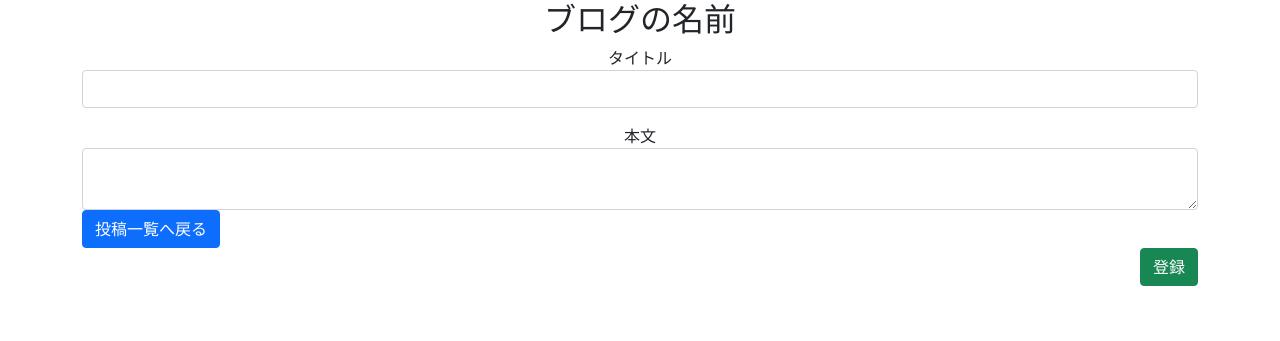
Repository: niimurank/lev-blog
Page: http://localhost/posts/create
The author's editor kept a record of every edit. The page is drawn from the files as they stood at one moment, then again after the next edit.
The browser window is 1280 px wide. The pictures show the whole page.
The page is served by the project's Laravel application, run on PHP 8.4 with Laravel 9. Other server files are loaded and not shown.

Above is the page before.

### blog/app/Providers/AppServiceProvider.php
<?php

namespace App\Providers;

use Illuminate\Support\ServiceProvider;
use Illuminate\Pagination\Paginator;

class AppServiceProvider extends ServiceProvider
{
    /**
     * Register any application services.
     *
     * @return void
     */
    public function register()
    {
        //
    }

    /**
     * Bootstrap any application services.
     *
     * @return void
     */
    public function boot()
    {
        Paginator::useBootstrapFive();
    }
}

### blog/routes/web.php
<?php

use Illuminate\Support\Facades\Route;
use App\Http\Controllers\PostController;
/*
|--------------------------------------------------------------------------
| Web Routes
|--------------------------------------------------------------------------
|
| Here is where you can register web routes for your application. These
| routes are loaded by the RouteServiceProvider within a group which
| contains the "web" middleware group. Now create something great!
|
*/

Route::get('/',[PostController::class,'func'])->name('func');

Route::get('/posts',[PostController::class,'index'])->name('posts.index');

Route::post('/posts',[PostController::class,'store'])->name('posts.store');

Route::get('/posts/create',[PostController::class,'create'])->name('posts.create');

Route::get('/posts/{post}',[PostController::class,'show'])->name('posts.show');

### blog/app/Http/Controllers/PostController.php
<?php

namespace App\Http\Controllers;

use Illuminate\Http\Request;
use App\Models\Post;
class PostController extends Controller
{
	public function func(Post $post)//インポートしたPostをインスタンス化して$postとして使用。
	{
		    return $post->get();//$postの中身を戻り値にする。
	}
	public function index(Post $post){
		return view('posts/index')->with(['posts' => $post->getPaginateByLimit()]);
	}
	public function show(Post $post)
	{
		return view('posts/show')->with(['post'=>$post]);
	}
	public function create(Request $request)
	{
		return view('posts.create');
	}

	public function store(Request $request, Post $post)
	{
		$input = $request['post'];

		$post->fill($input)->save();
		return redirect('/posts/' . $post->id);
	}
}

### blog/resources/views/posts/create.blade.php
<!DOCTYPE html>
<html>
    <head>
        <title>ブログの名前</title>
        <link rel="stylesheet" href="/index.css">
        <!-- CSS only -->
        <link href="https://cdn.jsdelivr.net/npm/bootstrap@5.0.2/dist/css/bootstrap.min.css" rel="stylesheet" integrity="sha384-EVSTQN3/azprG1Anm3QDgpJLIm9Nao0Yz1ztcQTwFspd3yD65VohhpuuCOmLASjC" crossorigin="anonymous">
        <!-- JavaScript Bundle with Popper -->
        <script src="https://cdn.jsdelivr.net/npm/bootstrap@5.0.2/dist/js/bootstrap.bundle.min.js" integrity="sha384-MrcW6ZMFYlzcLA8Nl+NtUVF0sA7MsXsP1UyJoMp4YLEuNSfAP+JcXn/tWtIaxVXM" crossorigin="anonymous"></script>
    </head>
    <body>
        <h2 class="title text-center">ブログの名前</h2>
        <div class="container">
        <form method="POST" action="/posts">
            @csrf
            <fieldset>
                <label class="">タイトル</label>
                <input type=text class="form-control" name="post[title]" id="title" value="{{old('post.title')}}">
                <p class="text-danger fw-bold">
                    {{ $errors->first('post.title') }}
                </p>
                <label class="">本文</label>
                <textarea class="form-control" name="post[body]" id="body"></textarea>
                <div class="text-start">
                    <a href="{{ route('posts.index') }}">
                        <button type="button" class="btn btn-primary">投稿一覧へ戻る</button>
                    </a>
                </div>
                <div class="text-end">
                    <a>
                        <button type="submit" class="btn btn-success">登録</button>
                    </a>
                </div>
            </fieldset>
        </form>
        </div>
    </body>
</html>

### blog/public/index.css
body {
    text-align: center;
}

Loaded but not shown: blog/app/Http/Controllers/Controller.php (common file)

After the next edit:
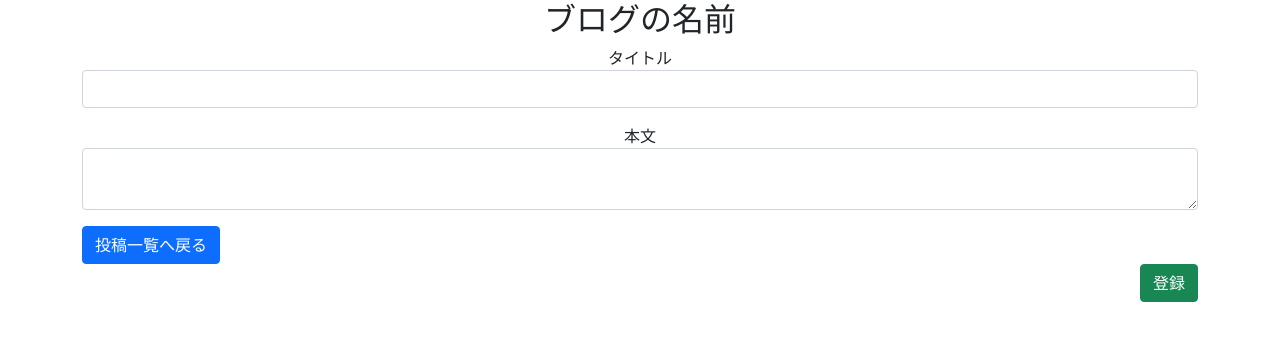
The edit:
--- a/blog/resources/views/posts/create.blade.php
+++ b/blog/resources/views/posts/create.blade.php
@@ -20,7 +20,10 @@
                     {{ $errors->first('post.title') }}
                 </p>
                 <label class="">本文</label>
-                <textarea class="form-control" name="post[body]" id="body"></textarea>
+                <textarea class="form-control" name="post[body]" id="body">{{ old('post.body') }}</textarea>
+                <p class="text-danger fw-bold">
+                    {{ $errors->first('post.body') }}
+                </p>
                 <div class="text-start">
                     <a href="{{ route('posts.index') }}">
                         <button type="button" class="btn btn-primary">投稿一覧へ戻る</button>
